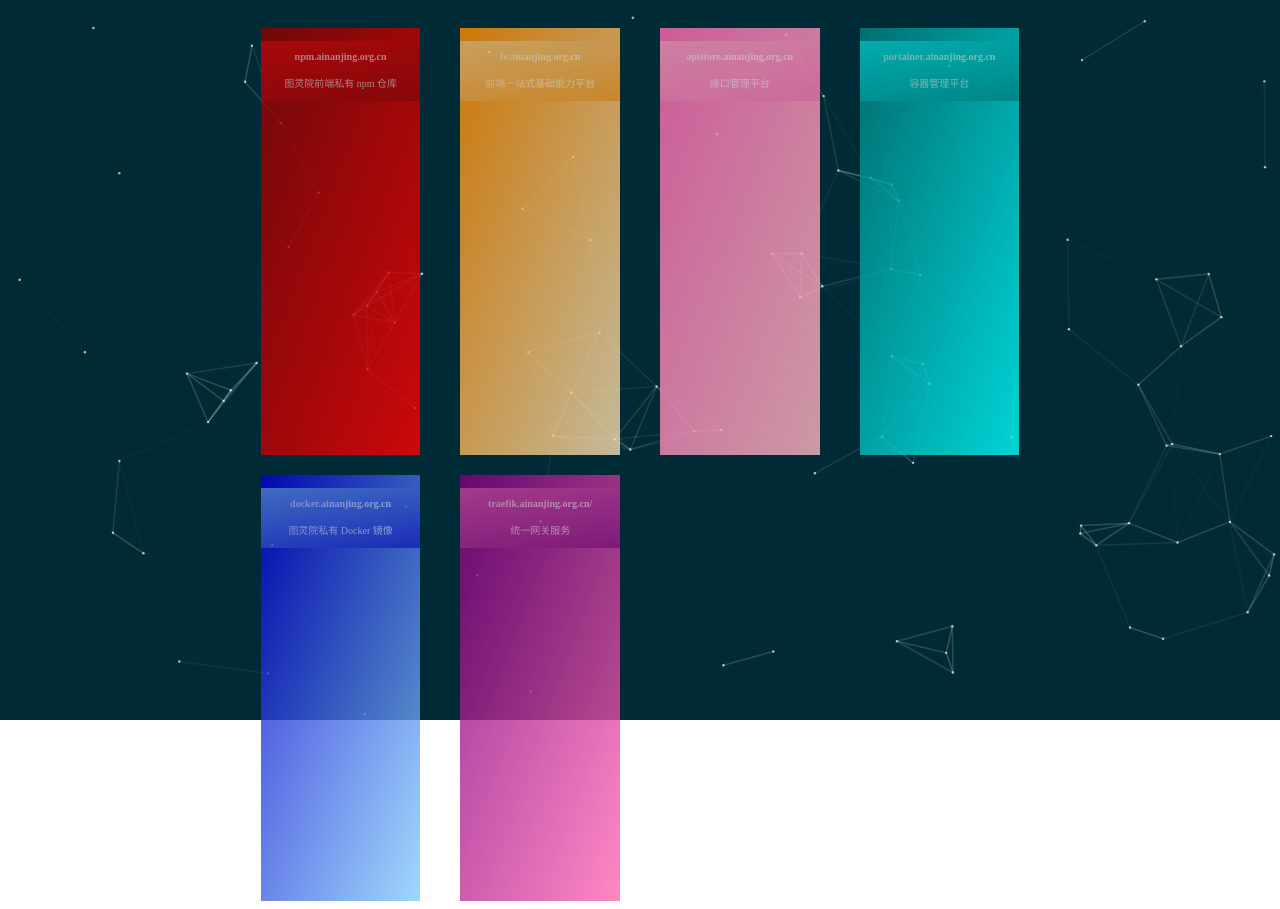
Repository: heweiwei1/portainer
Page: index.html
An editor plug-in stored every save of this project. The page is shown before and after the next save, followed by the edit.
The browser window is 1280 px wide. The pictures show the whole page.

Above is the page before, as saved 2021-04-14 14:05:34.

After the next save:
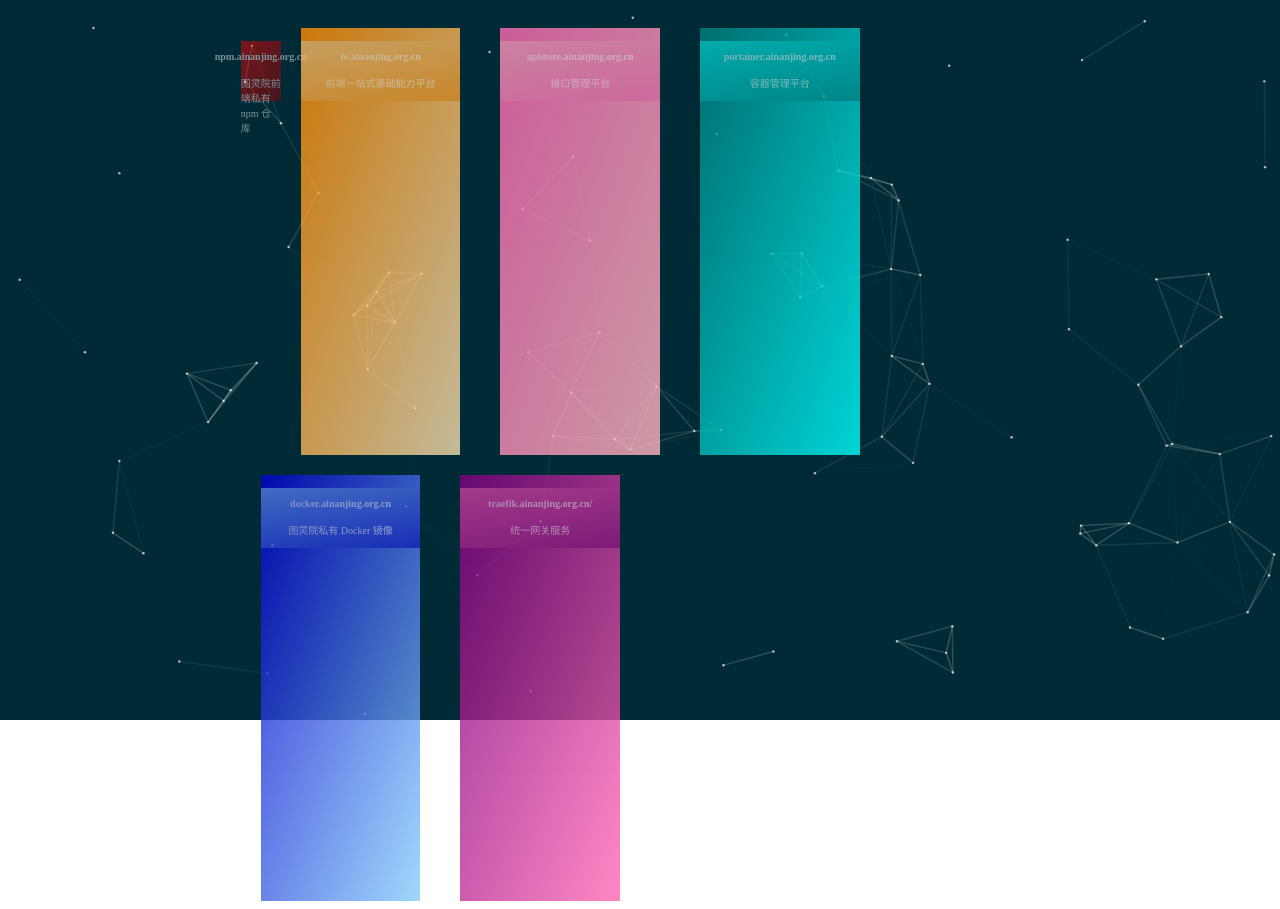
Saved 5 min 7 s later.
--- a/index.html
+++ b/index.html
@@ -10,12 +10,14 @@
 </head>
 <body>
   <div class="demo">
-    <a class="demo1 demo-1" href="https://npm.ainanjing.org.cn/">
-        <div class="trans">
-          <h4>npm.ainanjing.org.cn</h4>
-          <p>图灵院前端私有 npm 仓库</p>
-        </div>
-    </a>
+    <div class="box">
+      <a class="demo1 demo-1" href="https://npm.ainanjing.org.cn/">
+          <div class="trans">
+            <h4>npm.ainanjing.org.cn</h4>
+            <p>图灵院前端私有 npm 仓库</p>
+          </div>
+      </a>
+    </div>
     <a class="demo1 demo-2" href="https://fe.ainanjing.org.cn" id="pop">
           <div class="trans">
             <h4>fe.ainanjing.org.cn</h4>
